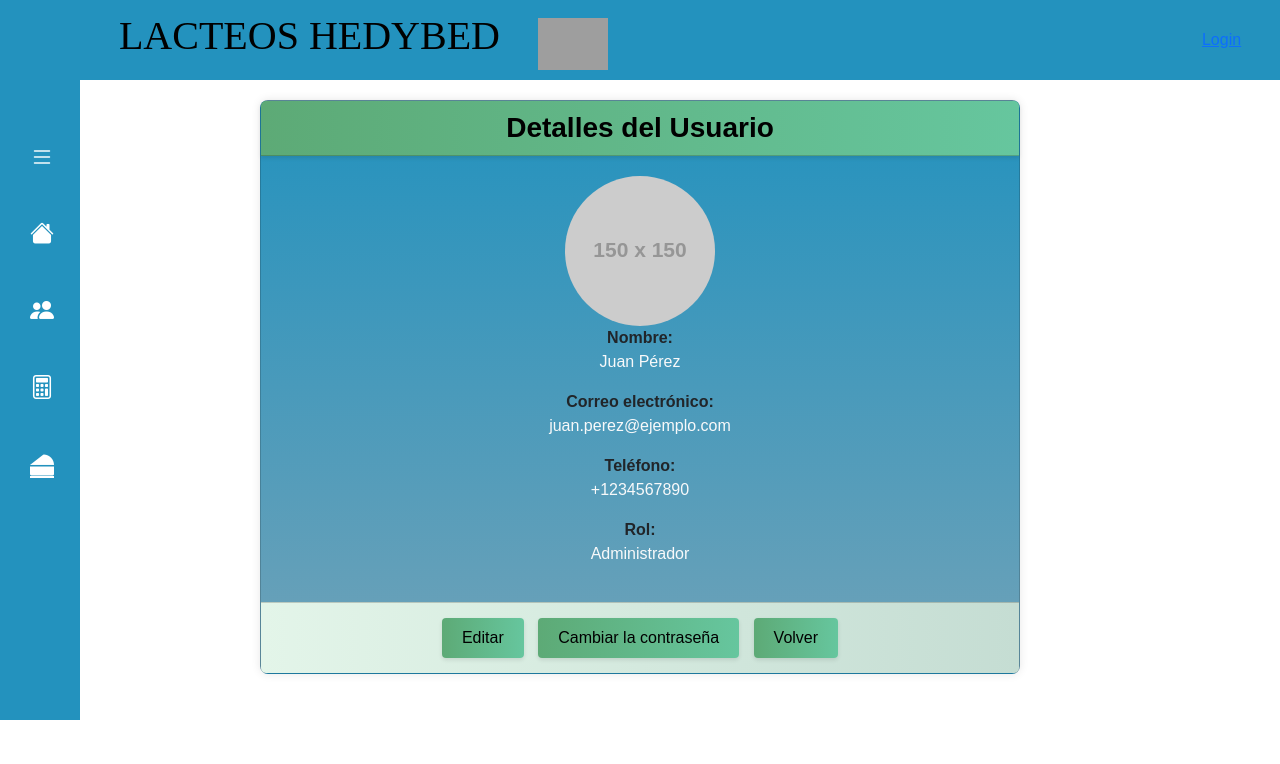
Repository: danielsanz08/RENDER
Page: http://localhost/ver_perfil/
The author's editor kept a copy of each file at every save. The page is drawn from the files as they stood at one save, then again after the next save.
The browser window is 1280 px wide. The pictures show the whole page.
Pictures or frames that could not be fetched are drawn as grey boxes. The page is served by the project's application, run on Django 4.2 (manage.py).

Above is the page before, as saved 2024-08-05 16:23:54.
Console error: TypeError: Cannot read properties of null (reading 'addEventListener')

After the next save:
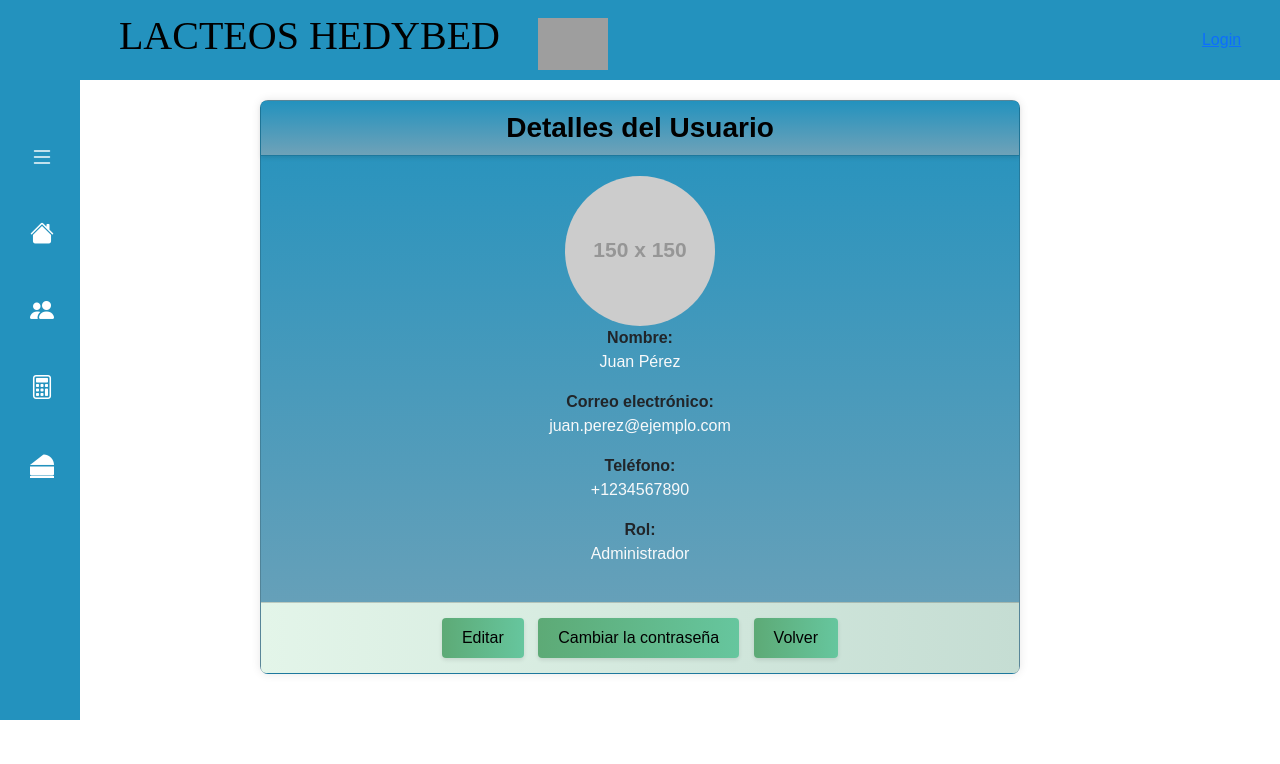
Saved 14 s later.
--- a/libreria/static/css/ver_perfil.css
+++ b/libreria/static/css/ver_perfil.css
@@ -17,7 +17,7 @@ body.dark .card {
     box-shadow: 0 0 10px rgba(0, 0, 0, 0.1);
 }
 .card-header {
-    background: linear-gradient(to right, #5DAA76, #66C69E);
+    background: linear-gradient(to bottom, #2392be, #6fa2b8);
     box-shadow: 0 2px 4px rgba(0, 0, 0, 0.1);
     color: #000000;
     padding: 10px 20px;
